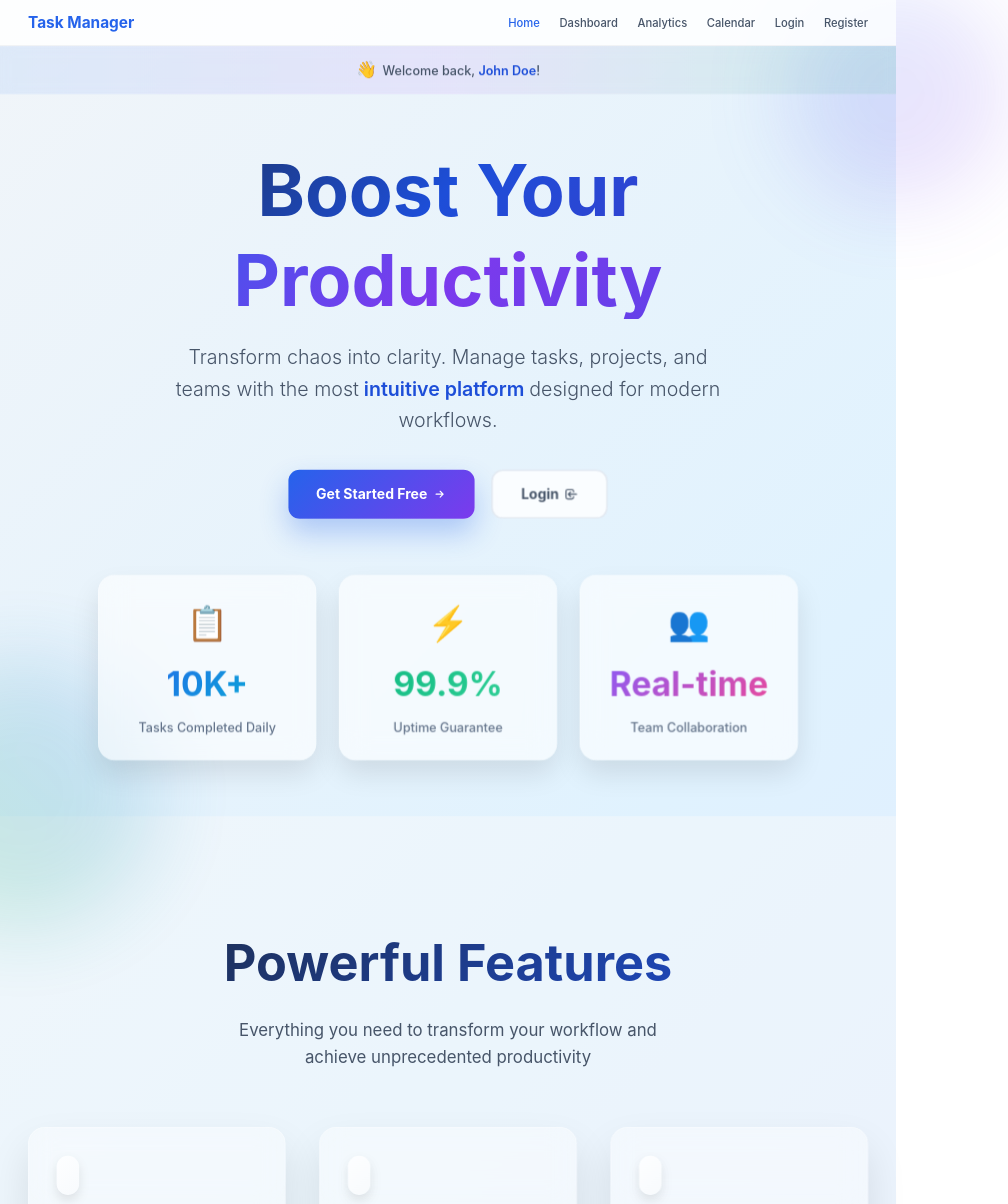
Repository: him021204/Task-Manager
Page: / (app in client/)
These files come from the project's save history. The page is drawn as it stood at one moment and after the next save; the edit follows.
The browser window is 1280 px wide. The page is 1440 px wide, so the pictures cover 1440 px, including what lies to the right of the window. The pictures show the part of the page from y = 0 to 1720 px (the page is 2903 px tall), at 70% of full size.
The page's requests for data from a server got no answer. The project was rebuilt for these pictures with package versions that can differ from the ones it lists, and the page was loaded fresh each time. Some packages were replaced by stand-ins written for this rebuild. No one was signed in, and anything a server would have sent is missing. Also part of the build but not shown: client/vite.config.js, client/src/pages/Dashboard.css, client/src/pages/Dashboard.jsx, client/src/pages/Login.jsx, client/src/pages/Register.jsx, client/src/pages/Analytics.jsx, client/src/pages/CalendarView.jsx.

Above is the page before, as saved 2025-06-15 16:46:07.

After the next save:
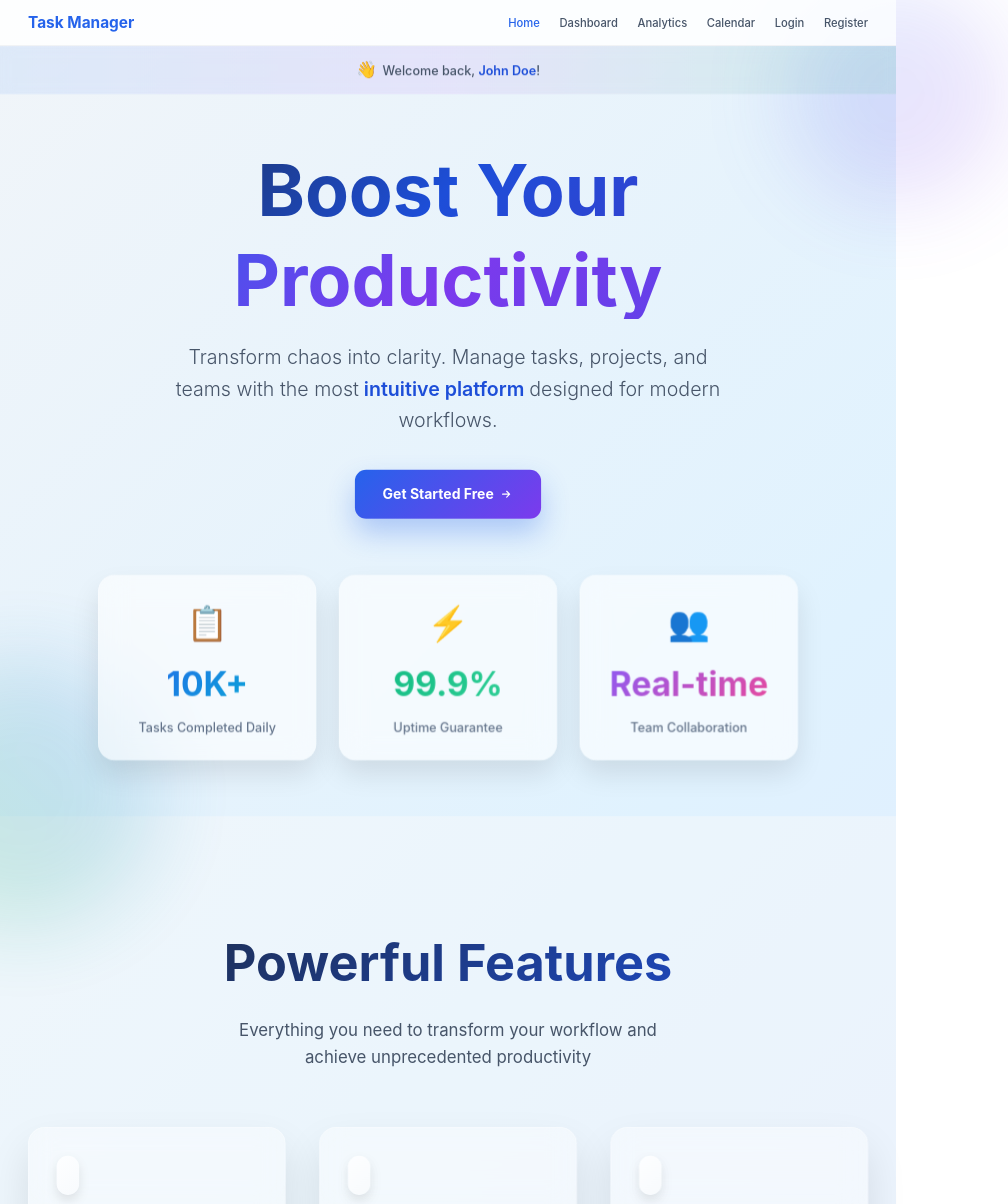
Saved 45 s later.
--- a/client/src/pages/Home.jsx
+++ b/client/src/pages/Home.jsx
@@ -228,37 +228,7 @@ const Home = () => {
                 <path strokeLinecap="round" strokeLinejoin="round" strokeWidth="2" d="M13 7l5 5m0 0l-5 5m5-5H6"></path>
                 </svg>
               </Link>
-              <button style={{
-                background: 'rgba(255, 255, 255, 0.8)',
-                backdropFilter: 'blur(10px)',
-                border: '2px solid #e2e8f0',
-                color: '#475569',
-                padding: '20px 40px',
-                borderRadius: '16px',
-                fontWeight: 'bold',
-                fontSize: '20px',
-                cursor: 'pointer',
-                transition: 'all 0.3s ease',
-                display: 'flex',
-                alignItems: 'center',
-                justifyContent: 'center',
-                gap: '8px'
-              }}
-              onMouseEnter={(e) => {
-                e.target.style.transform = 'translateY(-8px)';
-                e.target.style.borderColor = '#3b82f6';
-                e.target.style.boxShadow = '0 20px 40px rgba(0, 0, 0, 0.1)';
-              }}
-              onMouseLeave={(e) => {
-                e.target.style.transform = 'translateY(0)';
-                e.target.style.borderColor = '#e2e8f0';
-                e.target.style.boxShadow = 'none';
-              }}>
-                <span>Login</span>
-                <svg width="20" height="20" fill="none" stroke="currentColor" viewBox="0 0 24 24">
-                  <path strokeLinecap="round" strokeLinejoin="round" strokeWidth="2" d="M11 16l-4-4m0 0l4-4m-4 4h14m-5 4v1a3 3 0 01-3 3H6a3 3 0 01-3-3V7a3 3 0 013-3h7a3 3 0 013 3v1"></path>
-                </svg>
-              </button>
+
             </div>
           </div>
 
